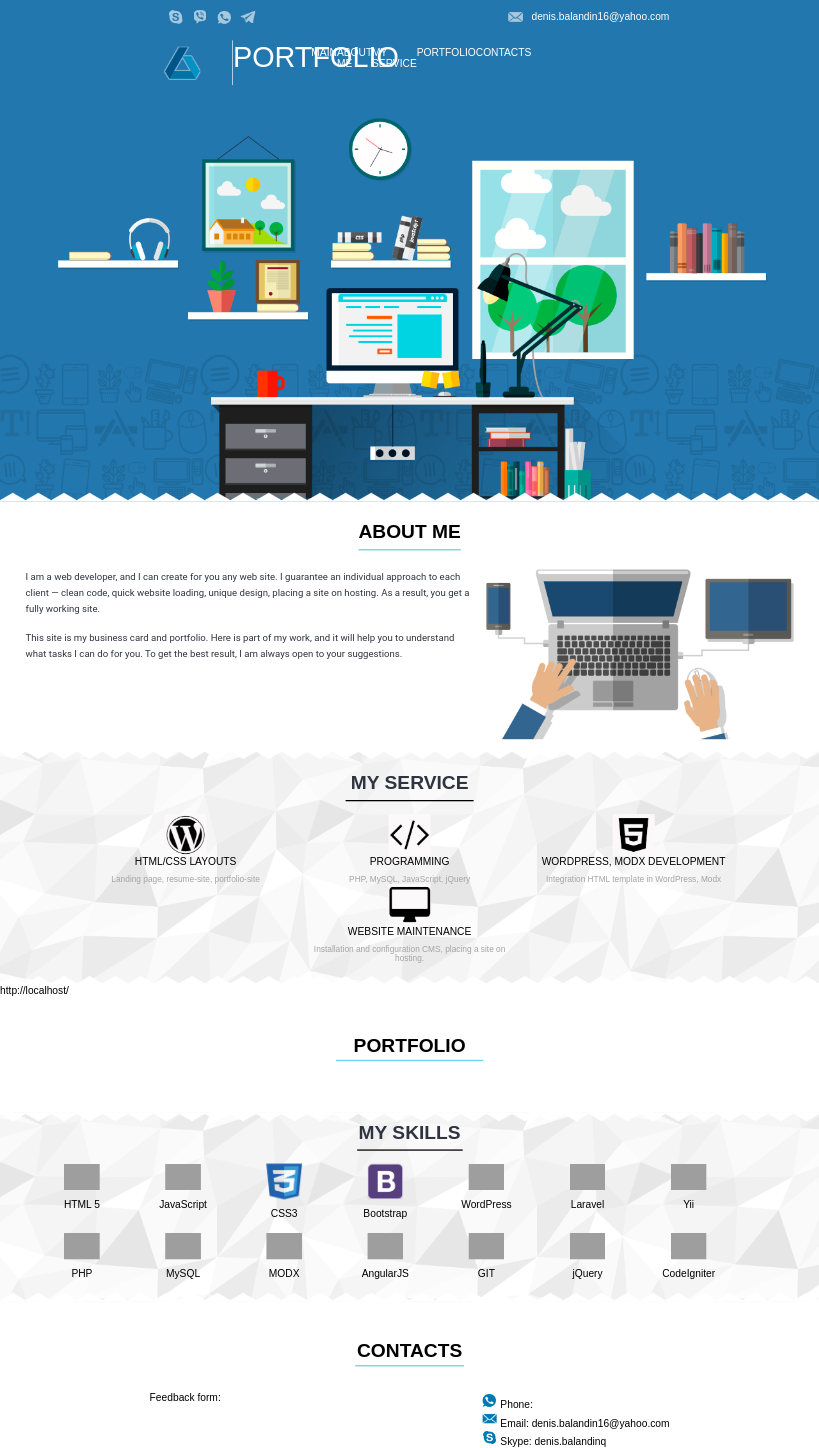
Repository: DenisBalandin/Portfolio
Page: /
The author's editor kept a copy of each file at every save. The page is drawn from the files as they stood at one save, then again after the next save.
The browser window is 1280 px wide. The pictures show the whole page, at 64% of full size.
Pictures or frames that could not be fetched are drawn as grey boxes. The page's requests for data from a server got no answer. The project was rebuilt for these pictures with package versions that can differ from the ones it lists, and the page was loaded fresh each time. No one was signed in, and anything a server would have sent is missing. Also part of the build but not shown: src/ItemPage.js.

Above is the page before, as saved 2020-03-06 18:34:24.

### src/App.js
import React from 'react';
import './style.scss';
import ItemPage from './ItemPage';
import Home from './Home';
import Header from './Header';


import {BrowserRouter as Router,Route, Link} from 'react-router-dom';

function App(){
  return (
    <Router>
      <Header/>
      <Route exact path="/pageitem" component={ItemPage} />

      <Route exact path="/pageitem/:itemid" component={ItemPage} />
      <Route exact path="/" component={Home} />
    </Router>
  );
}

export default App;

### src/style.scss
*{padding: 0; margin: 0;}
body{font-family: Arial; min-width: 500px; }
a{text-decoration: none; color: #FFFFFF; text-decoration: none;}
li{list-style: none;}



/* Heder */
#first_page_bg{
    width:100%;
    height: 70%;
    background: #2277ae;
    header{
        width: 60%;
        margin: 0 auto 0 auto;
        .up_menu_links{
            display: flex;
            justify-content: space-between;
           padding: 2% 0 0 0;
            .social_link{
                width: 30%;
                a{
                    margin: 0 3% 0 3%;
                }
            }
            .email_heder{
                width: 30%;
                span{
                    position: absolute;
                    margin: 0.2% 0 0 1%;
                }
            }
        }

        menu{
            margin: 30px 0 20px 0;
            display: flex;

            .logo{
                width: 30%;
                display: flex;
            }
            .logo_border{
                width: 1px;
                height: 100px;
                background: #FFFFFF;
            }
            .menu_heder{
                width: 30%;
                display: flex;

            }
            .company_name{
                height: 70%;
                border-left: #FFFFFF 1px solid;
            }

        }
    }

}





// .menu div{ margin: -1px 5px 0 5px; color:#ffffff; font-size: 17px;  display: flex;
//     flex-direction:row;
//     flex-wrap: wrap;
//     justify-content: center;}
// .menu div a{color:#ffffff; font-size: 20px;}
/*Top menu end*/
/*Heder end*/

/*Page*/
#first_page_bg_single{ width: 100%; height: 195px; background: #2277ae; padding:0px 0 0 0; overflow: hidden;}
.bg_page_insaide_page{width: 100%; background: url("img/pattop1.png") repeat-x; height: 230px; position: relative; z-index:5;}
.deltatop_page_page{width: 100%; background: url("img/deltatop.png") repeat-x; height: 14px; position: relative; z-index: 20; margin: -13px 0 0 0;}
#content_page{
    max-width: 1200px;
    margin: 30px auto 0px auto;
    display: flex;
    flex-wrap: wrap;
    flex-direction: row;
    justify-content: space-around;
}
.content_pageh1{
    font-size: 30px;
    text-transform: uppercase;
    text-align: center;
    font-weight: bold;
    position: relative;
    margin-bottom: 30px;
    color:#303440;
    text-decoration: underline;
    padding: 40px 0 10px 0;
}
#content_page img{
    width: 100%;
    height: auto;
}
/*Page end*/
.order_site{float: right; margin: 15px 0 0 20px; width: 178px; height: 30px; border: 1px solid #6ca6cd; text-align: center; color: #ffffff; padding: 10px 0 0 0; font-size: 14px; box-shadow: 9px 8px 4px -7px #2277ae; }
.order_site:hover{background: #0298cc; cursor: pointer;}
.company_name{
    color: #ffffff;
    font-size: 45px;
    margin: -10px 0 0 15px;
}
.company_name a{color: #FFFFFF;}
.company_name a:hover{color: #FFFFFF; text-decoration: none;}
.logo_border{
    width: 1px; height: 50px; background: #FFFFFF; margin: 0 10px 0 25px;
}
.content_description{
    max-width: 750px;
    height: 60px;
    float: left;
    font-size: 14px;
    color: #303440;
    margin: 0 0px 0 0;
}
.tools{ font-size: 15px; color: #303440; padding: 0 0 0 0px; }
.content_link{font-size: 15px; color: #303440; margin:0px 0 20px 0;}
.content_link a{color: #303440; text-decoration: underline;}
.content_link a:hover{text-decoration: none;}
.content_text{
    width: 80%;
    background: #fff;
    border: 1px solid #59759b;
    overflow: hidden;
    margin: 0 auto 0 auto;
}
.content_text img{
    width: 100%!important;
    height: 50%!important;
}
.web_line{ background:url("img/web_line.jpg")no-repeat;  display: inline-block; height: 69px; max-width: 1150px; margin: 0 0 -5px 0; border-right: 1px solid #59759b; border-left: 1px solid #59759b; border-top: 1px solid #59759b;}
.content_url{float: left; margin: 40px 0 0 160px;}
.content_url a{color: #585353;}
/*Links end*/
.flex-container {
    display: flex;
    flex-direction:  row-reverse;
}
/*Top Menu*/
.heder_menu{
    display: flex;
}
.top_menu{
    margin: 20px 0;
    display: flex;
    flex-direction:row;
}
/*Page bg*/
.page_bg{
    margin: -10px auto 0 auto;
}
.bg_page_insaide{width: 100%; background: url("img/pattop.png") repeat-x;  position: relative; z-index:5; background-position: bottom;
    display: flex;
    flex-direction: column;
}
.bg_page_insaide_single{width: 100%; margin: 15px 0 0 0; background: url("img/pattop.png") repeat-x; height: 130px; position: relative; z-index:5;}
.deltatop_page{width: 100%; background: url("img/deltatop.png") repeat-x; height: 14px; position: relative; z-index: 20; margin: -14px 0 0 0;}
/*Page bg end*/

/*About me*/
#about_me{
    max-width: 1200px;
    margin:  30px auto 70px auto;
}
#about_me h1{
    font-size: 30px;
    text-transform: uppercase;
    margin: 0 auto 30px auto;
    font-weight: bold;
    position: relative;
    border-bottom: 2px solid #6dcff6;
    width: 160px;
    padding: 0 0 10px 0;
}
#about_me p{    box-sizing: border-box;
    font: 15px "Roboto";
    line-height: 25px;
    color: #303440; margin: 20px 0 13px 0;}
#about_me img{
    padding: 0 0 0 20px;
    margin: 0 0 20px 0;
}
/*About me end*/

/*My Service*/
#my_service_bg{
    height: 100%;
    background: url("img/bgdelta.png") repeat-x;
}
.my_service_line_top{
    width: 100%;
    height: 14px;
    background: url("img/deltabottom.png") repeat-x;
}
.my_service_line_bottom{
    width: 100%;
    height: 14px;
    background: url("img/deltatop.png") repeat-x;
}
#my_service{
    max-width: 1500px;
    margin: 0px auto 20px auto;
    display: flex;
    flex-direction:row;
    flex-wrap: wrap;
    justify-content: center;

}
#my_service_bg h3{
    font-size: 30px;
    text-transform: uppercase;
    font-weight: bold;
    color: #303440;
    width: 200px;
    text-align: center;
    margin: 20px auto 20px auto;
    border-bottom: 2px #000000 solid;
    padding: 0 0 10px 0;
}
#my_service div{
    display: flex;
    flex-direction:column;
    flex-wrap: wrap;
    justify-content: center;
}
#my_service div img{
    margin:  0 auto 0 auto;
}
.text_1{
    text-align: center;
    padding: 0 25px 0 25px;
    font-size: 1em;
}
.text_2{
    text-align: center;
    padding: 0 25px 0 25px;
    color:#a4a4a4;
    font-size: 5em;
    width: 300px;
}
/*My service end*/

/*Portfolio*/
#portfolio{
    max-width: 1200px;
    margin: 0 auto 40px auto;
    display: flex;
    flex-direction:row;
    flex-wrap: wrap;
    justify-content: center;
}
.portfolioh3{
    font-size: 30px;
    text-transform: uppercase;
    text-align: center;
    font-weight: bold;
    position: relative;
    border-bottom: 2px solid #6dcff6;
    width: 230px;
    margin: 60px auto 40px auto;
    padding: 0 0 5px 0;
}
#portfolio .portfolioblock{
    border: 1px solid #bfd2e1;
    width: 368px;
    margin: 10px;
    box-shadow: 5px 5px 4px -5px #000000;
}
#portfolio div img{
    margin: -12px 0 0px 0;
    display: inline-block;
}
.p_name{
    background:#2d7eb2;
    text-align: center;
    height: 40px;
    opacity: 0.8;
    padding: 2px 20px;
    margin: 0 auto 0 auto;
}
.p_name a{
    font-size: 20px;
    color: #ffffff;
}
.p_name:hover{
    text-decoration: none;
}
/*Portfolio end*/

/*Content blog*/
#content_blog{ max-width: 1200px;  margin: 0 auto 40px auto; min-height: 300px;}
/*Content blog end*/



/*I used*/
#my_skils_bg{
    width: 100%;
    height: 100%;
    background: url("img/bgdelta.png") repeat-x;
    margin: 0 0 40px 0;
}
.my_skils_line_top{
    width: 100%;
    height: 14px;
    background: url("img/deltabottom.png") repeat-x;
}
.my_skils_line_bottom{
    width: 100%;
    height: 14px;
    background: url("img/deltatop.png") repeat-x;
}
#my_skils{
    max-width: 1200px;
    margin: 10px auto 0px auto;
    display: flex;
    flex-direction:row;
    flex-wrap: wrap;
}
#my_skils div img{}
.my_skillsh3{
    font-size: 30px;
    text-transform: uppercase;
    font-weight: bold;
    color: #303440;
    width: 165px;
    text-align: center;
    margin: 0 auto 20px auto;
    border-bottom: 2px #000000 solid;
    padding: 0 0 10px 0;
}
#my_skils div{ width: 140px; text-align: center; margin: 0 0 20px 18px;}
#my_skils div img{margin: 0 0 10px 0; width:40%;}
.about_me_img{}
.text_1{ text-align: center;}
.text_2{ text-align: center; margin: 10px 0 0 0; color:#a4a4a4; font-size: 13px;}
/*I used end*/

/*Portfolio*/
.contactsh3{
    font-size: 30px;
    text-transform: uppercase;
    text-align: center;
    font-weight: bold;
    position: relative;
    border-bottom: 2px solid #6dcff6;
    width: 170px;
    margin: 60px auto 40px auto;
    padding: 0 0 5px 0;
}
#contacts{
    max-width: 1200px;
    margin: 0 auto 0px auto;
    display: flex;
    flex-direction:row;
    flex-wrap: wrap;
    justify-content: space-around;
}
.formcont{ margin: 0 20px 0 0;}
.formcont input{border: 1px solid #dddddd; margin: 10px 0 10px 0; width: 250px; height: 30px; color: #666666; padding: 0 0 0 10px;}
.formcont textarea{border: 1px solid #dddddd; margin: 10px 0 10px 0; width: 410px; height: 70px; color: #666666; padding: 15px 0 0 10px;}
.formcont button{ background:#0298cc; height: 40px; width: 180px; color: #ffffff; font-size: 18px; border: 1px solid #6ca6cd; cursor: pointer;}
.formcont button:hover{ background:#2277ae;}
/*Portfolio end*/

/*Footer*/
#footer_bg{background: #2277ae; width: 100%; height: 100px; margin: 50px 0 0 0; }
#footer{max-width: 1200px;  margin: 10px auto 0px auto; height: 50px;}
.copyright{ color: #ffffff; margin: 25px 0 0 10px;}
.footermenu{ margin: 25px 0 0 0;}
.footermenu li{float: left; font-size: 14px; margin: 0 10px 0 10px; color: #ffffff; border-bottom: 1px solid #ffffff;}
.footermenu li:hover{border-bottom: 1px solid #2277ae;}
/*footer end*/


@media all and (max-width: 900px) {
    #my_service div img {
        width: 0%;
    }

    #about_me p img {
        width: 0%;
    }

    #my_skils div img {
        width: 0% !important;
    }

    #my_skils{
        justify-content: space-around!important;
    }
    #my_skils div{
        margin: 0 !important;
    }
    .top_menu{
        display: none!important;
    }
    .menu{
        margin: 10px 0 40px 0!important;
        justify-content: space-around !important;
    }
    #about_me p{
        padding: 0 30px 0 30px!important;
    }
}

### src/Home.js
import React,{Component} from 'react';
import AboutMe from './AboutMe';
import MyService from './MyService';
import MySkills from './MySkills';
import Contacts from './Contacts';
import Portfolio from './Portfolio';
import {BrowserRouter as Router,Route, Link} from 'react-router-dom';


class Home extends Component{
    render(){
        return(
            <div>
                <Router>
                    <AboutMe/>
                    <MyService/>
                    <Portfolio/>
                    <MySkills/>
                    <Contacts/>
                </Router>
            </div>
        );
    }
}
export default Home;

### src/Header.js
import React from 'react';
import skype from './img/skype_icon.jpg';
import viber from './img/viber_icon.jpg';
import whatsap from './img/whatsap.jpg';
import telegram from './img/telegram.jpg';
import email from './img/email.jpg';
import logo from './img/logo.png';
import background from './img/background.png';


function Header(){
    return(
        <div id="first_page_bg" >
        {/* <!--Links--> */}
            <header>
            <div className="up_menu_links">
                <div className="social_link">
                    <a href="#"><img src={skype}/></a>
                    <a href="#"><img src={viber}/></a>
                    <a href="#"><img src={whatsap}/></a>
                    <a href="#"><img src={telegram}/></a>
                </div>
                <div className="email_heder">
                    <a href="#">
                        <img src={email}/>
                        <span>denis.balandin16@yahoo.com</span>
                    </a>
                </div>
            </div>
            {/* <!--Links end--> */}
            {/* <!--Menu--> */}
            <menu>
                <div className="logo">
                    <div>
                        <a href="/">
                        <img src={logo} />
                        </a>
                    </div>
                    <div className="logo_border"></div>
                    <div className="company_name">
                        <a href="/">PORTFOLIO</a>
                    </div>
                </div>




                <div className="menu_heder">
                    <div>
                        <a href="/">MAIN</a>
                    </div>
                    <div>
                        <a href="#about_me">ABOUT ME</a>
                    </div>
                    <div>
                        <a href="#my_service">MY SERVICE</a>
                    </div>
                    <div>
                        <a href="#portfolio">PORTFOLIO</a>
                    </div>
                    <div>
                        <a href="#contacts">CONTACTS</a>
                    </div>
                </div>
            </menu>
            {/* <!--Menu end--> */}
        </header>
        <div className="bg_page_insaide">
            <div className="page_bg">
                <img src={background} width="100%" />
            </div>
        </div>
        <div className="deltatop_page"></div>
    </div>
    );
}
export default Header;

### src/AboutMe.js
import React from 'react';
import aboutme from './img/aboutme.png';

function AboutMe(){
    return(
        <div id="about_me">
            <h1>ABOUT ME</h1>
            <p>
                <img className="about_me_img" align="right" src={aboutme} width="40%"/>
                I am a web developer, and I can create for you any web site. I guarantee an individual approach to each client — clean code, quick website loading, unique design, placing a site on hosting. As a result, you get a fully working site.
            </p>
            <p>
                This site is my business card and portfolio. Here is part of my work, and it will help you to understand what tasks I can do for you. To get the best result, I am always open to your suggestions.
            </p>
            <br/><br/><br/>
        </div>
    );
}
export default AboutMe;

### src/MyService.js
import React from 'react';
import wordpress from './img/wordpress_icon.jpg';
import teg from './img/teg.jpg';
import html5 from './img/hml5_icon.jpg';
import monitor from './img/monitor.jpg';

function MyService(){
    return(
        <div id="my_service_bg">
        <div className="my_service_line_top"></div>
          <h3>MY SERVICE</h3>
        <div id="my_service">
            <div>
              <img src={wordpress} />
              <div className="text_1">HTML/CSS LAYOUTS</div>
              <div className="text_2">Landing page, resume-site, portfolio-site</div>
            </div>
            <div>
              <img  src={teg} />
              <div className="text_1">PROGRAMMING</div>
              <div className="text_2">PHP, MySQL, JavaScript, jQuery</div>
            </div>
            <div>
              <img src={html5}/>
              <div className="text_1">WORDPRESS, MODX DEVELOPMENT</div>
              <div className="text_2">Integration HTML template in WordPress, Modx</div>
            </div>
            <div>
              <img src={monitor}/>
              <div className="text_1">WEBSITE MAINTENANCE</div>
              <div className="text_2">Installation and configuration CMS, placing a site on hosting.</div>
            </div>
        </div>
        <div className="my_service_line_bottom"></div>
      </div>
    );
}
export default MyService;

### src/MySkills.js
import React from 'react';
import css3 from './img/css3.png';
import bootstrap from './img/bootstrap.png';

function MySkills(){
    return(
        <div id="my_skils_bg">
            <div className="my_skils_line_top"></div>
            <h3 className="my_skillsh3">My Skills</h3>
            <div id="my_skils">
                <div>
                    <img src="<?php bloginfo('template_directory'); ?>/img/html5.png" />
                    <p>HTML 5</p>
                </div>
                <div>
                    <img src="<?php bloginfo('template_directory'); ?>/img/js.png"/>
                    <p>JavaScript</p>
                </div>
                <div><img src={css3}/> <p>CSS3</p></div>
                <div><img src={bootstrap}/><p>Bootstrap</p></div>
                <div><img src="<?php bloginfo('template_directory'); ?>/img/wordpress.png"/><p>WordPress</p></div>
                <div><img src="<?php bloginfo('template_directory'); ?>/img/laravel.png"/><p>Laravel</p></div>
                <div><img src="<?php bloginfo('template_directory'); ?>/img/yii.png"/><p>Yii</p></div>
                <div><img src="<?php bloginfo('template_directory'); ?>/img/php.png"/><p>PHP</p></div>
                <div><img src="<?php bloginfo('template_directory'); ?>/img/mysql.png"/><p>MySQL</p></div>
                <div><img src="<?php bloginfo('template_directory'); ?>/img/modx.png"/><p>MODX</p></div>
                <div><img src="<?php bloginfo('template_directory'); ?>/img/angular.png"/><p>AngularJS</p></div>
                <div><img src="<?php bloginfo('template_directory'); ?>/img/git.png"/><p>GIT</p></div>
                <div><img src="<?php bloginfo('template_directory'); ?>/img/jquery.png"/><p>jQuery</p></div>
                <div><img src="<?php bloginfo('template_directory'); ?>/img/codeigniter.png"/><p>CodeIgniter</p></div>
            </div>
            <div className="my_service_line_bottom"></div>
        </div>
    );
}
export default MySkills;

### src/Contacts.js
import React from 'react';
import skype_cont from './img/skype_cont.jpg';
import mail_cont from './img/mail_cont.jpg';
import phone_cont from './img/phone_cont.png';

function Contacts(){
    return(
        <>
            <h3 className="contactsh3">CONTACTS</h3>
            <div id="contacts">
                <div className="formcont">
                    <p>Feedback form:</p>

                </div>
                <div className="contacts">
                    <div>
                    <img src={phone_cont}/> <span>Phone:</span>
                    </div>
                    <div>
                    <img src={mail_cont}/> <span>Email: denis.balandin16@yahoo.com  </span>
                    </div>
                    <div>
                    <img src={skype_cont}/> <span>Skype: denis.balandinq </span>
                    </div>
                </div>
            </div>
        </>
    );
}
export default Contacts;

### src/Portfolio.js
import React,{Component} from 'react';
import portfolioicon from './img/portfolioicon.jpg';
import { db } from "./firebase";
import ReactHtmlParser, { processNodes, convertNodeToElement, htmlparser2 } from 'react-html-parser';
import {BrowserRouter as Router,Route, Link} from 'react-router-dom';

class Portfolio extends Component{
    constructor(props){
        super(props);
        this.state = {
            pages:[]
        }
    }
    componentDidMount(){
        this.getFetch();
    }
    getFetch = () => {
        // db.collection("messages")
        // .get()
        // .then(querySnapshot => {
        //     let fullArray = [];
        //     const data = querySnapshot.docs.map(doc => doc.data());
        //     for(var int = 0; int < data.length; int++){
        //         fullArray[int] = {
        //             name: data[int].name,
        //             date:data[int].date,
        //             check:data[int].check,
        //             id: querySnapshot.docs[int].id,
        //         }
        //     }
        //     this.setState({ users: fullArray });
        // });
        fetch('http://testwoo/wp-json/wp/v2/posts')
        .then(response => response.json())
        .then(
            result => this.setState({
                pages:result
            })
        );
    }

    render(){
       return(
           <>
           {window.location.href}
            {/* <Route exact path="/"  component={Home}/> */}
            <h3 className="portfolioh3">PORTFOLIO</h3>
            <div id="portfolio">
                {this.state.pages.map((page, index)=>
                    <div className="portfolioblock">
                        {/* <Link to={`/pageitem/${page.id}`}>
                            <img src={portfolioicon}  width="368"/>
                            { ReactHtmlParser(page.excerpt.rendered)}
                        </Link>
                        <div className="p_name">
                            <a href="/pexuniverse/">{page.title.rendered}</a>
                        </div> */}
                    </div>
                )}


            </div>
        </>
       );
   }
}
export default Portfolio;

### src/firebase.js
import firebase from 'firebase';

const firebaseApp = firebase.initializeApp({
    apiKey: "AIzaSyBH21wpMVzXC2kYGnD8x1tI6ru-zdWNAqs",
    authDomain: "test-4ba23.firebaseapp.com",
    databaseURL: "https://test-4ba23.firebaseio.com",
    projectId: "test-4ba23",
    storageBucket: "test-4ba23.appspot.com",
    messagingSenderId: "597606478464",
    appId: "1:597606478464:web:6e48455407186638df2c65",
    measurementId: "G-NDR2C185V9"
});

const db = firebaseApp.firestore();

export {db};

Loaded but not shown: public/index.html (common file); src/index.js (common file); src/index.css (common file); src/serviceWorker.js (common file)

After the next save:
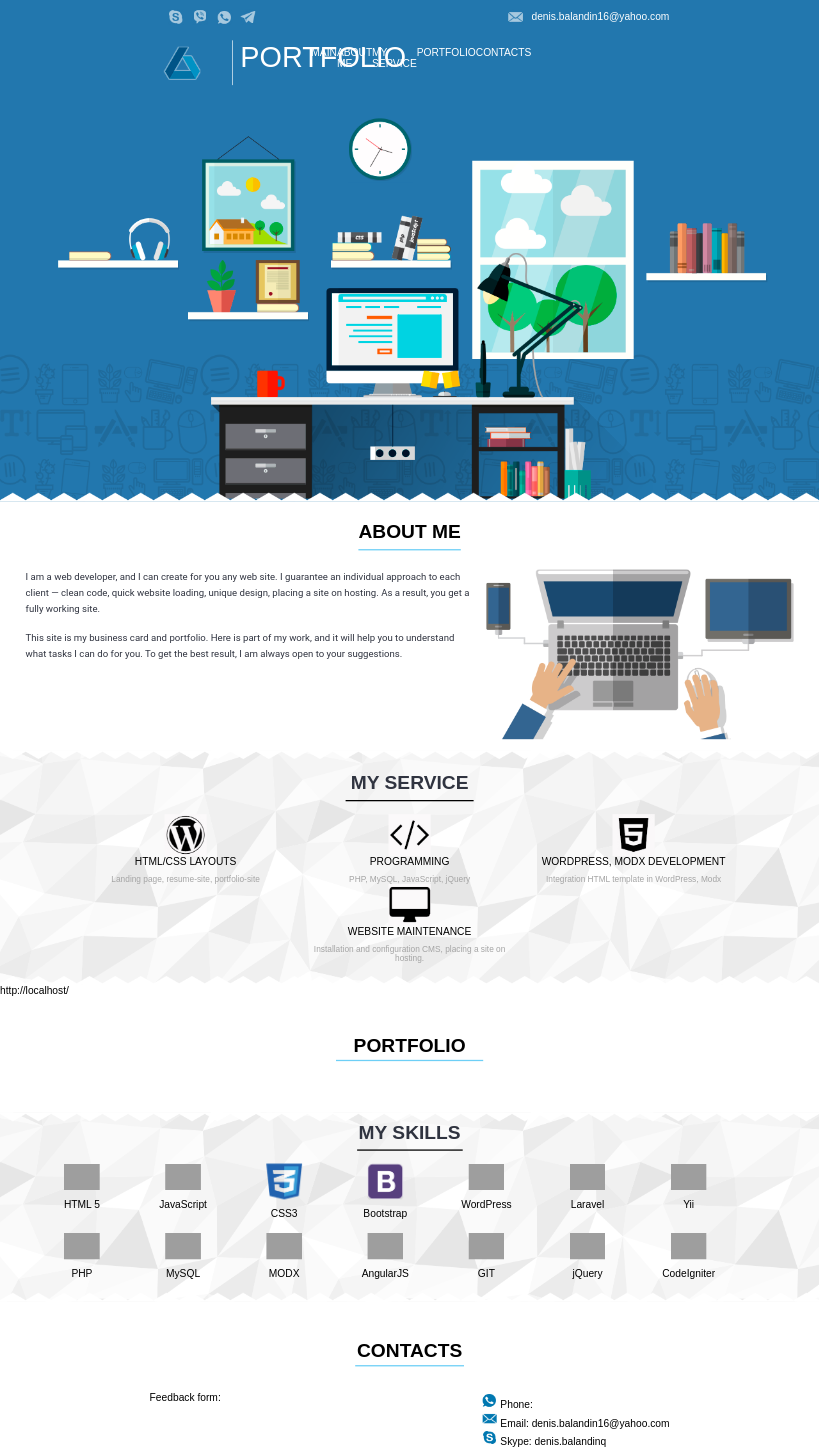
Saved 12 s later.
--- a/src/style.scss
+++ b/src/style.scss
@@ -52,6 +52,7 @@
             }
             .company_name{
                 height: 70%;
+                padding: 0 0 0 5%;
                 border-left: #FFFFFF 1px solid;
             }
 
